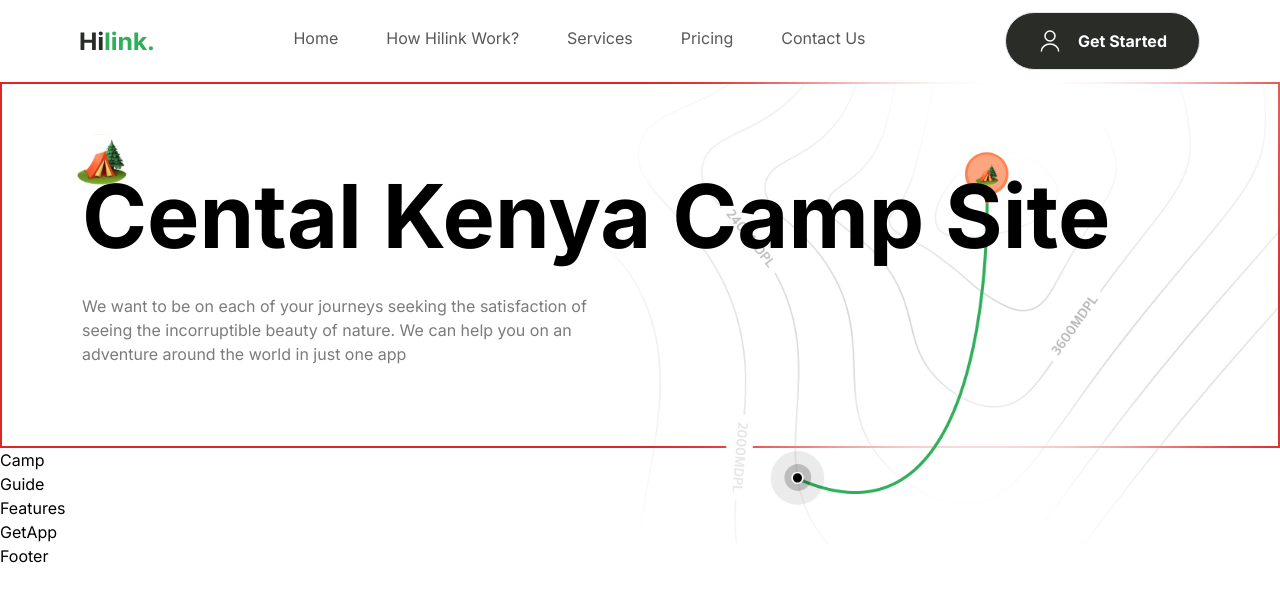
Repository: martin-raphael/travel_agency
Page: /
These files come from the project's save history. The page is drawn as it stood at one moment and after the next save; the edit follows.
The browser window is 1280 px wide. The pictures show the whole page.
The project was rebuilt for these pictures with package versions that can differ from the ones it lists, and the page was loaded fresh each time. The framework's server and built-in components were replaced by stand-ins that run in the browser. Also part of the build but not shown: next.config.mjs.

Above is the page before, as saved 2024-08-08 18:15:54.

### app/layout.tsx
import type { Metadata } from "next";
import Navbar from "@/components/Navbar";
import Footer from "@/components/Footer";
import "./globals.css";

export const metadata: Metadata = {
  title: "Travel App",
  description: "Beauty of Nature",
};

export default function RootLayout({
  children,
}: Readonly<{
  children: React.ReactNode;
}>) {
  return (
    <html lang="en">
      <body>
        <Navbar />
        <main className="relative overflow-hidden">{children}</main>
        <Footer />
      </body>
    </html>
  );
}

### components/Navbar.tsx
import { NAV_LINKS } from "@/constants";
import Image from "next/image";
import Link from "next/link";
import React from "react";
import Button from "./Button";

const Navbar = () => {
  return (
    <nav className=" flexBetween max-container padding-container relative z-30 py-3">
      <Link href="/">
        <Image src="/hilink-logo.svg" alt="logo" width={74} height={29} />
      </Link>
      <ul className="hidden h-full gap-12 lg:flex">
        {NAV_LINKS.map((link) => (
          <Link
            href={link.href}
            key={link.key}
            className="regular-16 text-gray-50 flexCenter cursor-pointer pb-1.5 transition-all hover:font-bold"
          >
            {link.label}
          </Link>
        ))}
      </ul>

      <div className=" lg:flexCenter hidden">
        <Button
          type="button"
          title="Get Started"
          icon="/user.svg"
          variant="btn_dark_green"
        />
      </div>
      <Image
        src="menu.svg"
        alt="menu"
        width={32}
        height={32}
        className="inline-block cursor-pointer lg:hidden"
      />
    </nav>
  );
};

export default Navbar;

### components/Hero.tsx
import Image from "next/image";
import React from "react";

const Hero = () => {
  return (
    <section
      className=" max-container padding-container flex
    flex-col gap-20 lg:py-20 py-10 pb-32 md:gap-28 xl:flex-row
    border-2 border-red-600"
    >
      <div className="hero-map" />

      {/* LEFT SIDE-*/}

      <div className="relative z-20 flex flex-1 flex-col xl:w-1/2">
        <Image
          src="/camp.svg"
          alt="camp"
          width={50}
          height={50}
          className="absolute left-[-5px] top-[-30px] w-10 lg:w-[50px]"
        />
        <h1 className="bold-52 lg:bold-88"> Cental Kenya Camp Site</h1>
        <p className="regular-16 mt-6 text-gray-30 xl:max-w-[520px]">
          We want to be on each of your journeys seeking the satisfaction of
          seeing the incorruptible beauty of nature. We can help you on an
          adventure around the world in just one app
        </p>
      </div>
    </section>
  );
};

export default Hero;

### components/Button.tsx
import Image from "next/image";

type ButtonProps = {
  type: "button" | "submit";
  title: string;
  icon?: string;
  variant?: string;
  full?:boolean;
};

const Button = ({ type, title, icon, variant, full }: ButtonProps) => {
  return (
    <button
      className={`flexCenter gap-4 rounded-full border ${variant} ${full && 'w-full'}`}
      type={type}
    >
      {icon && <Image src={icon} alt={title} width={24} height={24} />}
      <label className=" bold-16 whitespace-nowrap cursor-pointer">{title}</label>
    </button>
  );
};

export default Button;

Loaded but not shown: app/page.tsx (common file); components/Footer.tsx (common file); app/globals.css (common file); components/Camp.tsx (common file); components/Features.tsx (common file); components/GetApp.tsx (common file); components/Guide.tsx (common file); constants/index.ts (common file); tailwind.config.ts (common file)

After the next save:
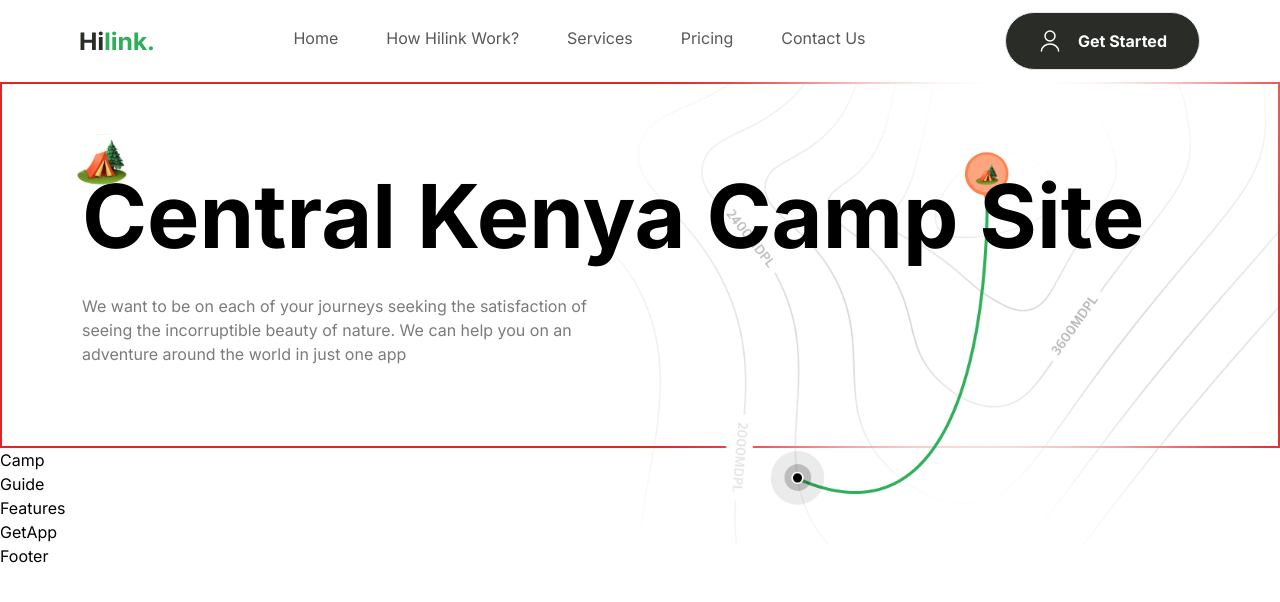
Saved 26 s later.
--- a/components/Hero.tsx
+++ b/components/Hero.tsx
@@ -20,7 +20,7 @@ const Hero = () => {
           height={50}
           className="absolute left-[-5px] top-[-30px] w-10 lg:w-[50px]"
         />
-        <h1 className="bold-52 lg:bold-88"> Cental Kenya Camp Site</h1>
+        <h1 className="bold-52 lg:bold-88"> Central Kenya Camp Site</h1>
         <p className="regular-16 mt-6 text-gray-30 xl:max-w-[520px]">
           We want to be on each of your journeys seeking the satisfaction of
           seeing the incorruptible beauty of nature. We can help you on an
